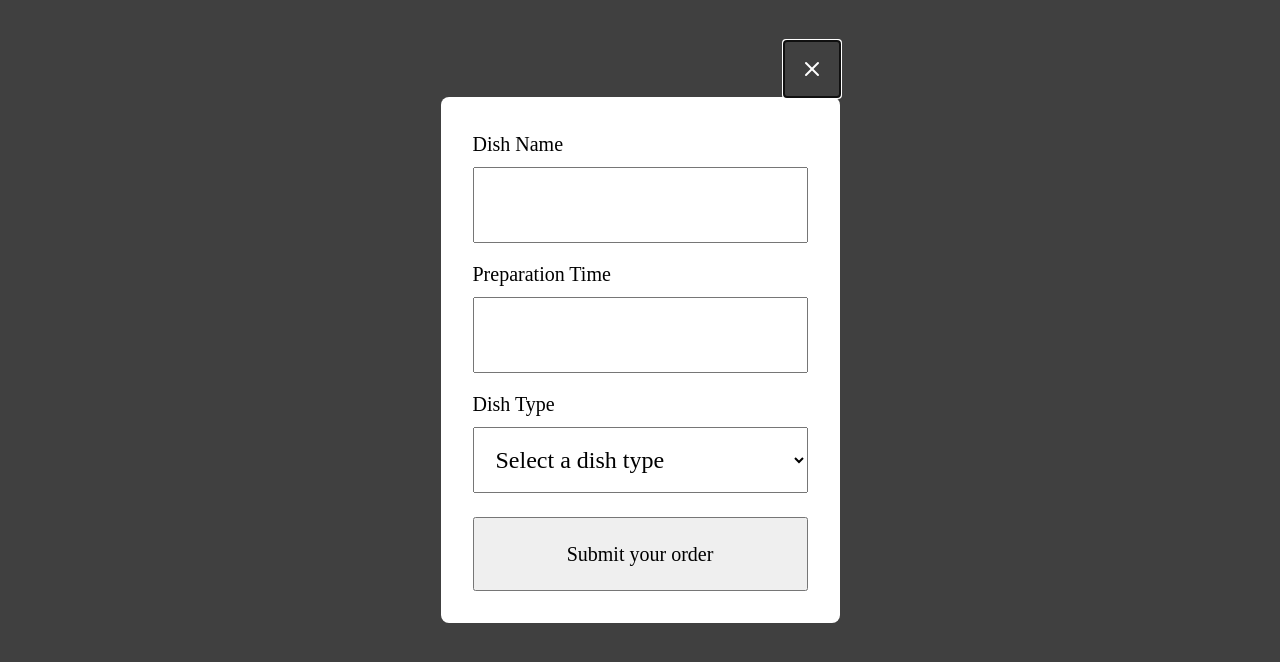
Repository: hjubsoni/hex-ocean-task
Page: /, after clicking the first element matching `button.order-button`
The author's editor kept a copy of each file at every save. The page is drawn from the files as they stood at one save, then again after the next save.
The browser window is 1280 px wide. The pictures show the whole page.
The project was rebuilt for these pictures with package versions that can differ from the ones it lists, and the page was loaded fresh each time. Also part of the build but not shown: vite.config.ts.

Above is the page before, as saved 2023-03-22 16:23:21.

After the next save:
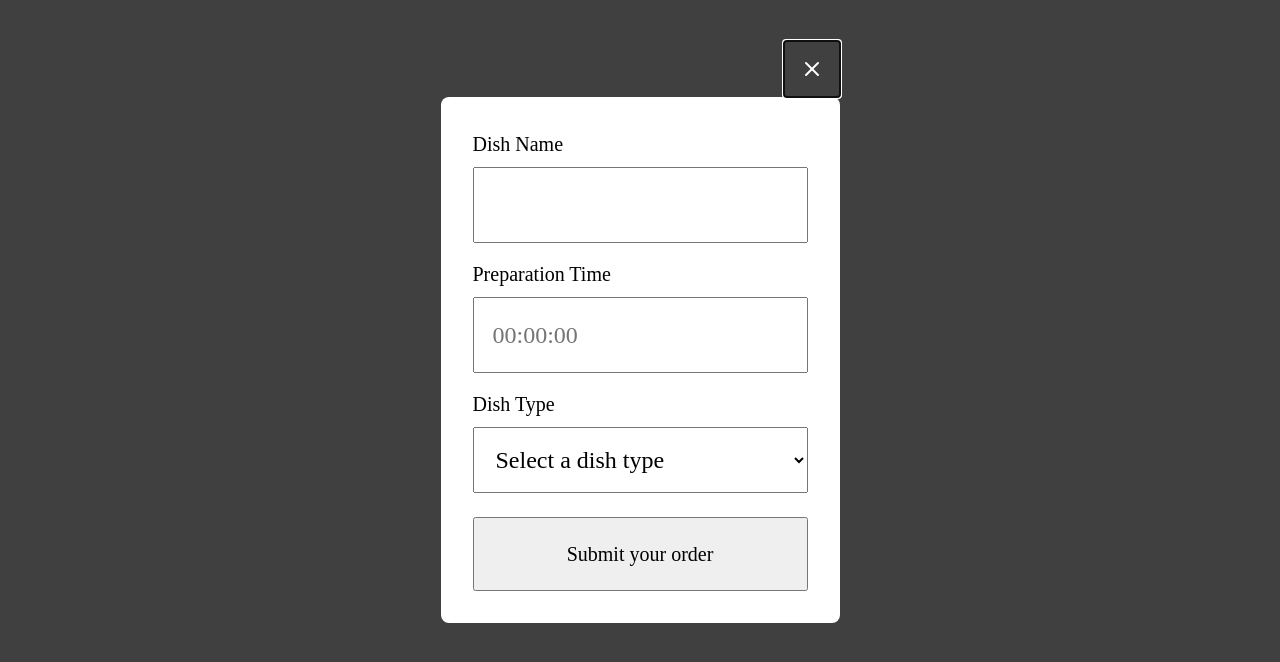
Saved 13 s later.
--- a/src/components/Modal/ModalForm.tsx
+++ b/src/components/Modal/ModalForm.tsx
@@ -83,6 +83,7 @@ function ModalForm({ handleDismiss }: { handleDismiss: () => void }) {
           className="form-input"
           id="preparation-time"
           value={order.preparation_time}
+          placeholder="00:00:00"
           type="text"
           onChange={(e) => handleTimeChange(e.target.value)}
         />
